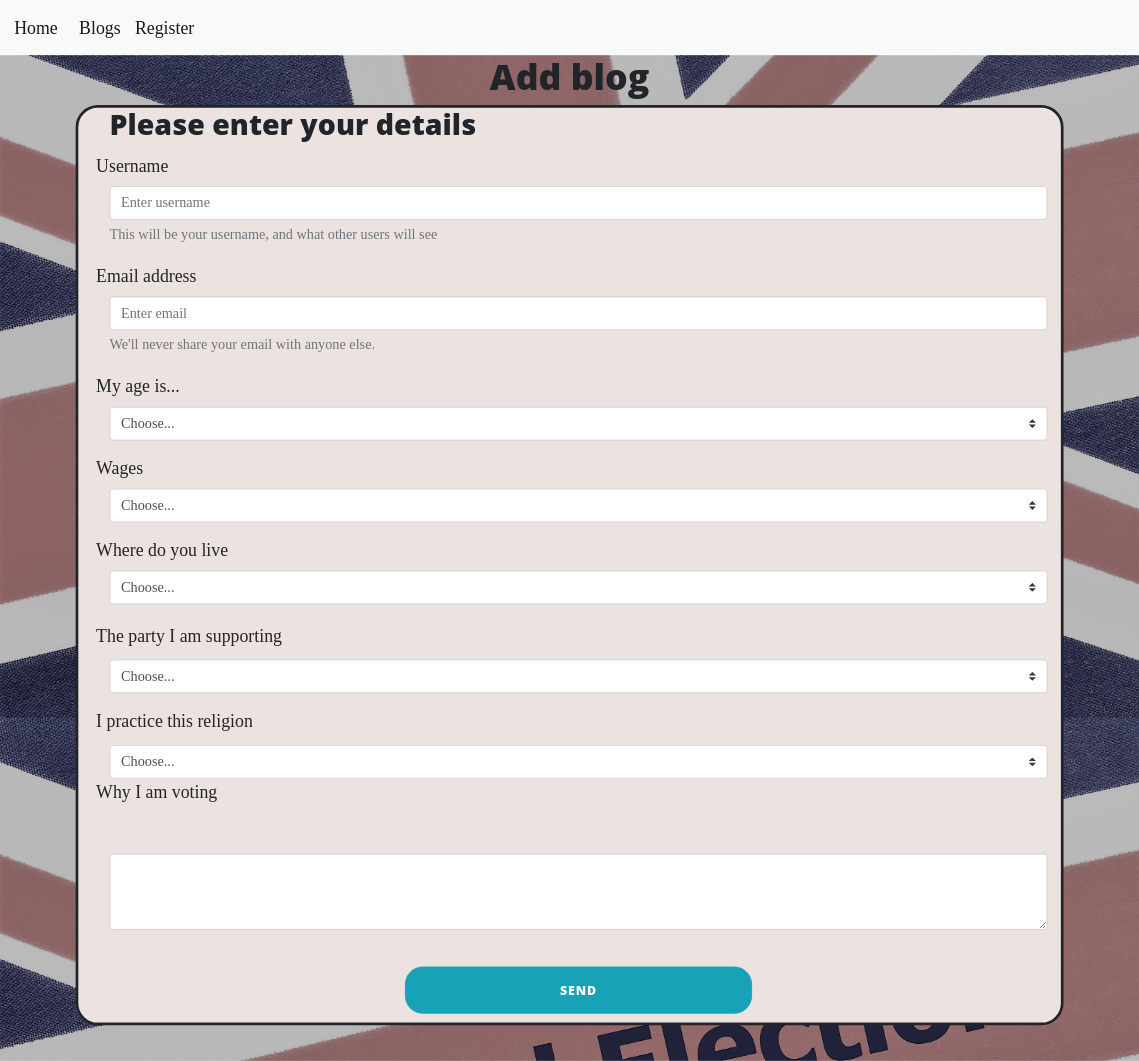
Repository: Rudancy/ms3
Page: http://localhost/add_blog
The author's editor kept a record of every edit. The page is drawn from the files as they stood at one moment, then again after the next edit.
The browser window is 1280 px wide. The pictures show the whole page, at 89% of full size.
Backgrounds fixed to the window are drawn as part of the page. Some web libraries are served in a nearby version. The page is served by the project's application, run on Flask 3 (app.py). Queries for data that is not in the repository find no rows.

Above is the page before.

After the next edit:
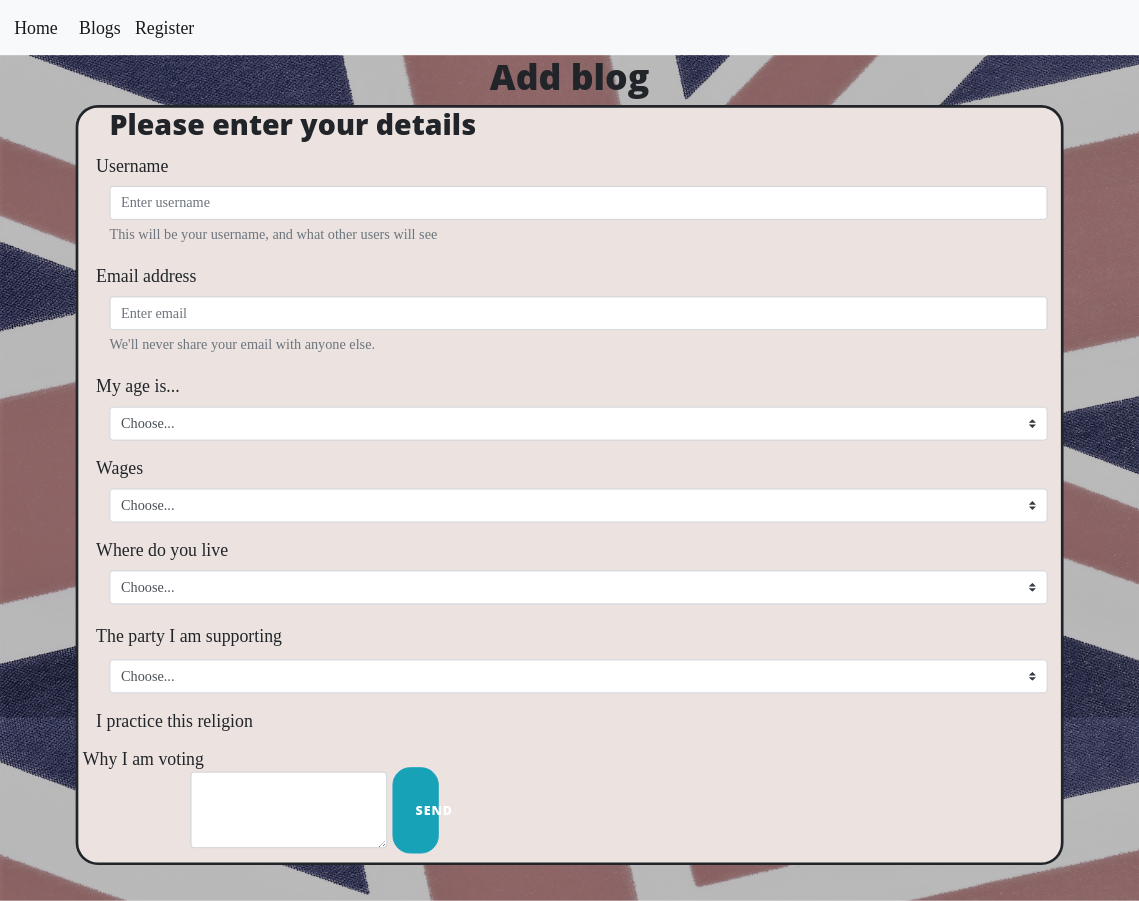
The edit:
--- a/templates/add_blog.html
+++ b/templates/add_blog.html
@@ -119,19 +119,7 @@
                 <label for="exampleInputEmail1">I practice this religion</label>
             </div>
             <div class="row">
-                <div class="col-12">
-                    <div class="input-group">
 
-
-                        <select name="user_religion" class="custom-select" id="inputGroupSelect04">
-                        <option selected>Choose...</option>
-                        {% for religion in religions %}
-                        <option value="{{religion.religion}}">{{religion.religion}}</option>
-                        {% endfor %}
-                    </select>
-                    </div>
-                </div>
-            </div>
             <div class="row mb-3">
                 <label for="exampleInputEmail1">Why I am voting</label>
             </div>
